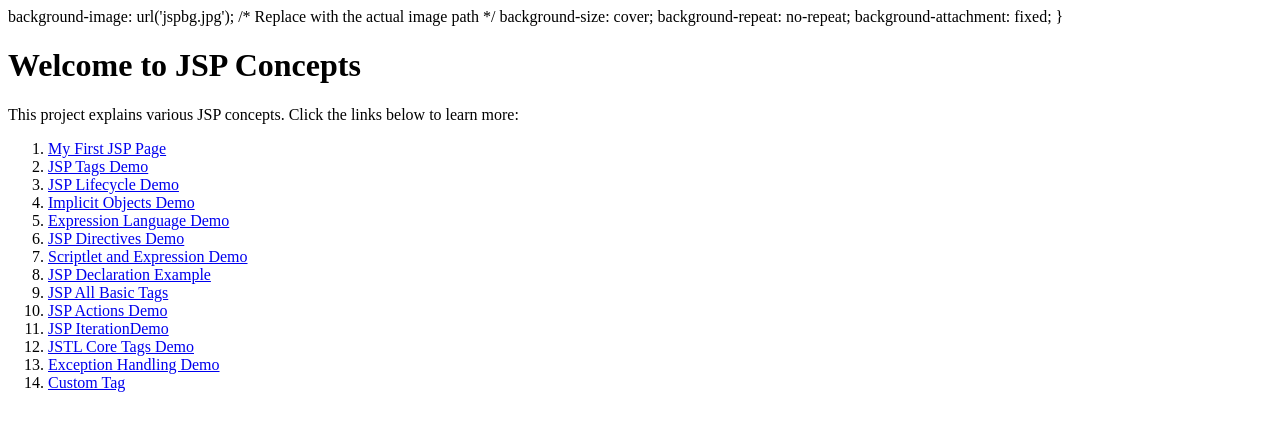
Repository: harshitp9989/ServletsAndJSP
Page: http://localhost/JSPProject/
The author's editor kept a copy of each file at every save. The page is drawn from the files as they stood at one save, then again after the next save.
The browser window is 1280 px wide. The pictures show the whole page.
The page is served by Tomcat 9. Other server files are loaded and not shown.

Above is the page before, as saved 2024-05-14 16:39:59.

### JSPProject/src/main/webapp/index.jsp
<%@ page language="java" contentType="text/html; charset=ISO-8859-1"
    pageEncoding="ISO-8859-1"%>
<!DOCTYPE html>
<html>
<head>
<meta charset="ISO-8859-1">
<title>Insert title here</title>
</head>
<body>
background-image: url('jspbg.jpg'); /* Replace with the actual image path */
        background-size: cover;
        background-repeat: no-repeat;
        background-attachment: fixed;
    }
    </style>
</head>
<body>
    <h1>Welcome to JSP Concepts</h1>
    <p>This project explains various JSP concepts. Click the links below to learn more:</p>
    <ol>
        <li><a href="pages/MyFirstJspPage.jsp">My First JSP Page</a></li>
        <li><a href="pages/JspTagsDemo.jsp">JSP Tags Demo</a></li>
        <li><a href="pages/JspLifecycleDemo.jsp">JSP Lifecycle Demo</a></li>
        <li><a href="pages/ImplicitObjectsDemo.jsp">Implicit Objects Demo</a></li>
        <li><a href="pages/ExpressionLanguageDemo.jsp">Expression Language Demo</a></li>
        <li><a href="pages/JspDirectivesDemo.jsp">JSP Directives Demo</a></li>
        <li><a href="pages/ScriptletAndExpressionDemo.jsp">Scriptlet and Expression Demo</a></li>
        <li><a href="pages/JspDeclarationDemo.jsp">JSP Declaration Example</a></li> <!-- New link -->
        <li><a href="pages/AllTags.jsp">JSP All Basic Tags</a></li>
        <li><a href="pages/JspActionsDemo.jsp">JSP Actions Demo</a></li> <!-- New link -->
        <li><a href="pages/JspIterationDemo.jsp">JSP IterationDemo</a></li>
        <li><a href="pages/JstlCoreTagsDemo.jsp">JSTL Core Tags Demo</a></li>
        <li><a href="pages/ExceptionHandlingDemo.jsp">Exception Handling Demo</a></li>
        <li><a href="pages/CustomTag.jsp">Custom Tag</a></li>

        <!-- New link -->
    </ol>
</body>
</html>

After the next save:
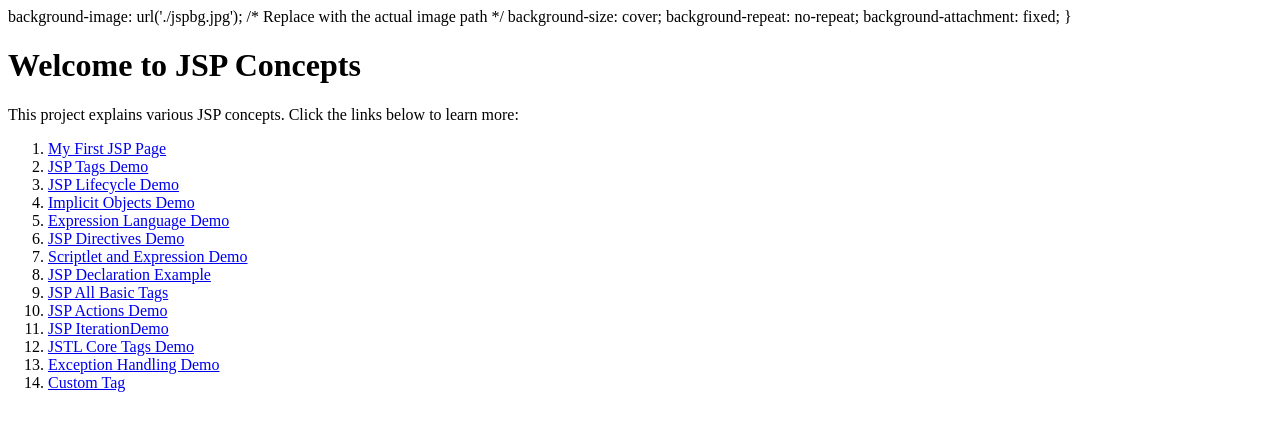
Saved 6 min 36 s later.
--- a/JSPProject/src/main/webapp/index.jsp
+++ b/JSPProject/src/main/webapp/index.jsp
@@ -7,7 +7,7 @@
 <title>Insert title here</title>
 </head>
 <body>
-background-image: url('jspbg.jpg'); /* Replace with the actual image path */
+background-image: url('./jspbg.jpg'); /* Replace with the actual image path */
         background-size: cover;
         background-repeat: no-repeat;
         background-attachment: fixed;

After the save that followed:
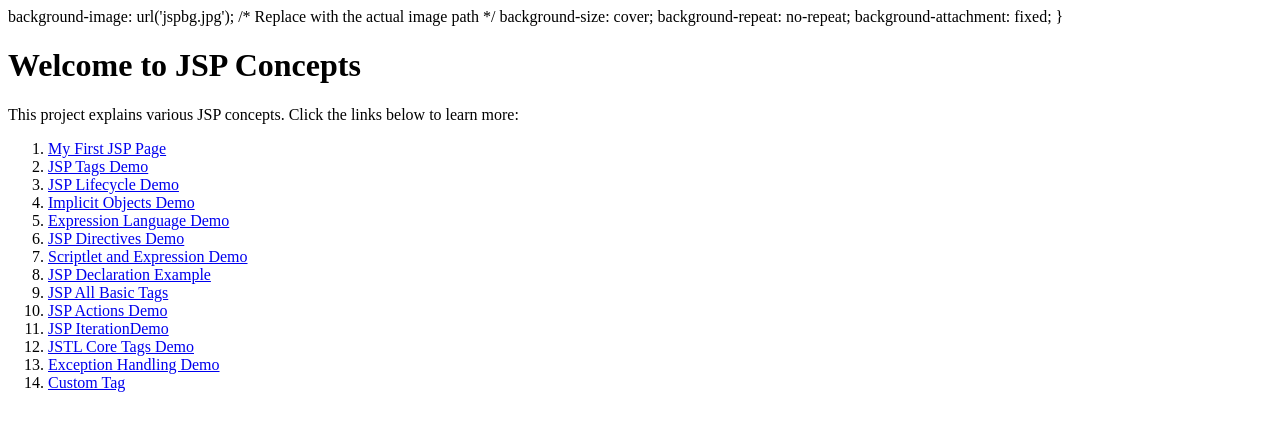
Saved 3 min 50 s later.
--- a/JSPProject/src/main/webapp/index.jsp
+++ b/JSPProject/src/main/webapp/index.jsp
@@ -7,7 +7,7 @@
 <title>Insert title here</title>
 </head>
 <body>
-background-image: url('./jspbg.jpg'); /* Replace with the actual image path */
+background-image: url('jspbg.jpg'); /* Replace with the actual image path */
         background-size: cover;
         background-repeat: no-repeat;
         background-attachment: fixed;
